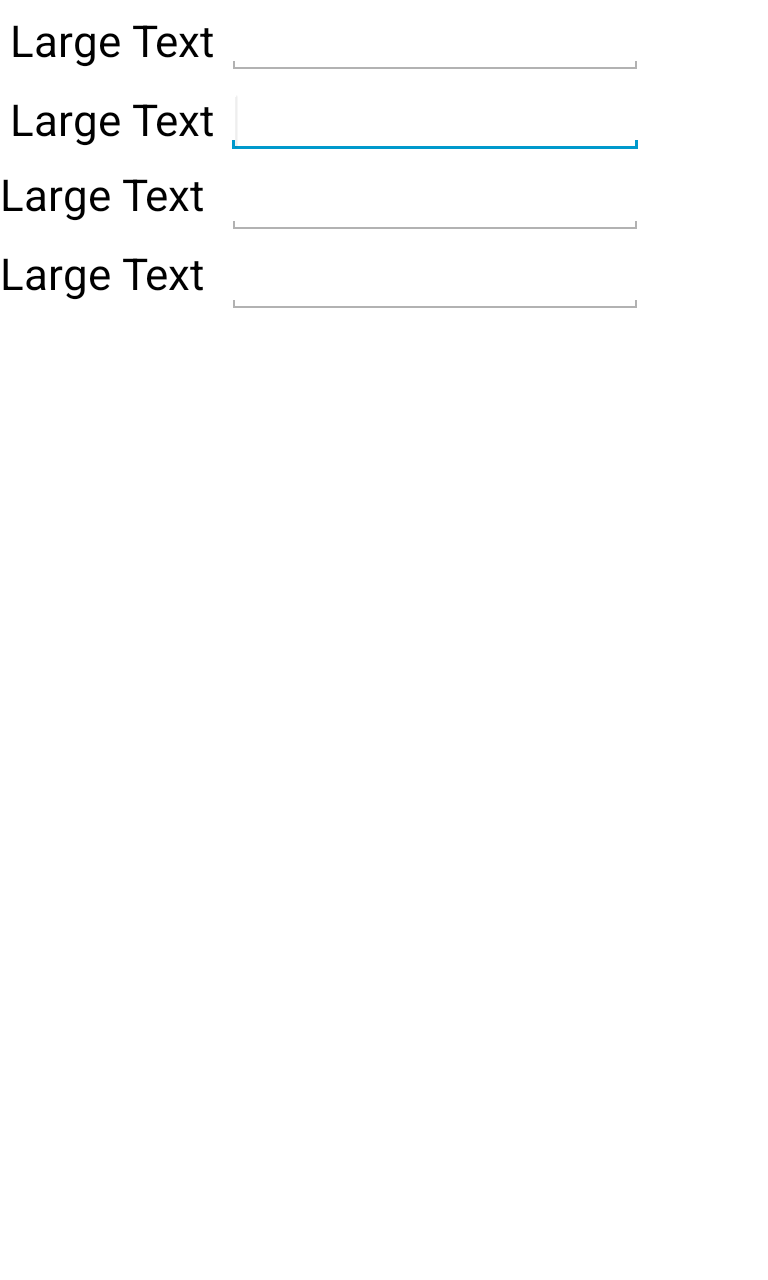
Repository: shervinshaikh/Android
Layout: NBAScoreTracker/res/layout/fragment_scores.xml
The author's editor kept a copy of each file at every save. The layout is drawn from the files as they stood at one save, then again after the next save.
It is drawn on a 768 x 1280 px phone screen (xhdpi) without system bars, with theme AppTheme; the app's code is not run.

Above is the layout before, as saved 2013-04-27 22:26:56.

After the next save:
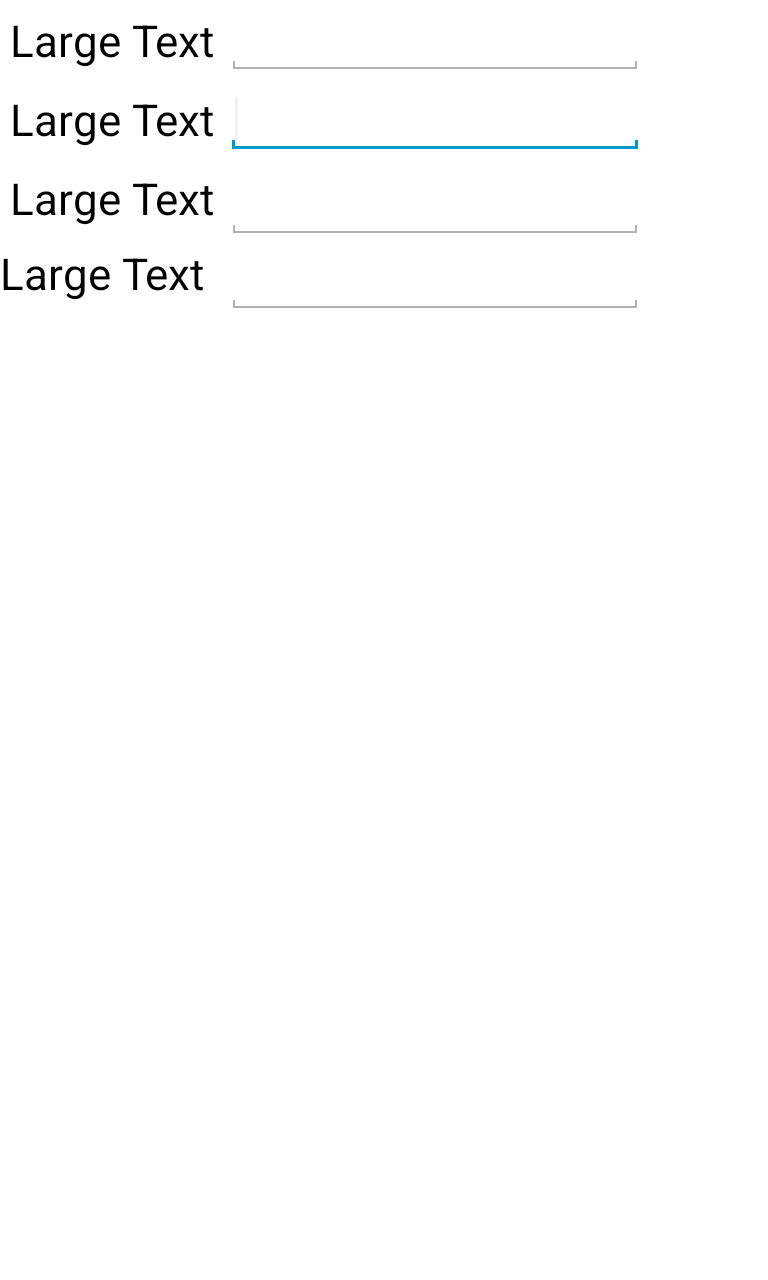
Saved 4 s later.
--- a/NBAScoreTracker/res/layout/fragment_scores.xml
+++ b/NBAScoreTracker/res/layout/fragment_scores.xml
@@ -60,7 +60,8 @@
             android:layout_width="wrap_content"
             android:layout_height="wrap_content"
             android:text="Large Text"
-            android:textAppearance="?android:attr/textAppearanceLarge" />
+            android:textAppearance="?android:attr/textAppearanceLarge"
+            android:padding="5dip" />
 
         <EditText
             android:id="@+id/editText3"
